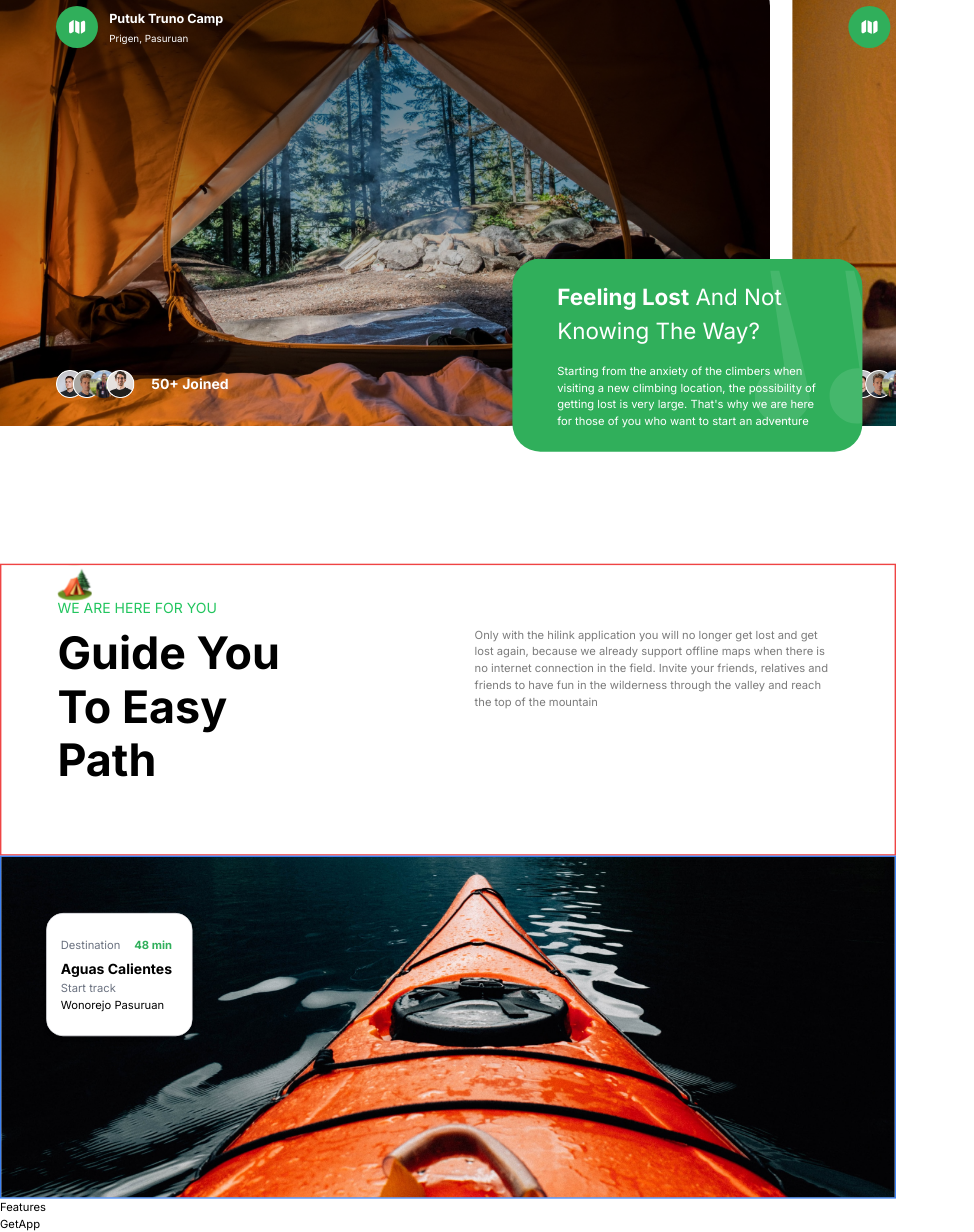
Repository: abdulrahmanmahmood/Travel-App
Page: /
These files come from the project's save history. The page is drawn as it stood at one moment and after the next save; the edit follows.
The browser window is 1280 px wide. The page is 1392 px wide, so the pictures cover 1392 px, including what lies to the right of the window. The pictures show the part of the page from y = 966 to 2726 px (the page is 2726 px tall), at 70% of full size.
The project was rebuilt for these pictures with package versions that can differ from the ones it lists, and the page was loaded fresh each time. The framework's server and built-in components were replaced by stand-ins that run in the browser. Also part of the build but not shown: next.config.js.

Above is the page before, as saved 2023-11-08 11:13:06.

After the next save:
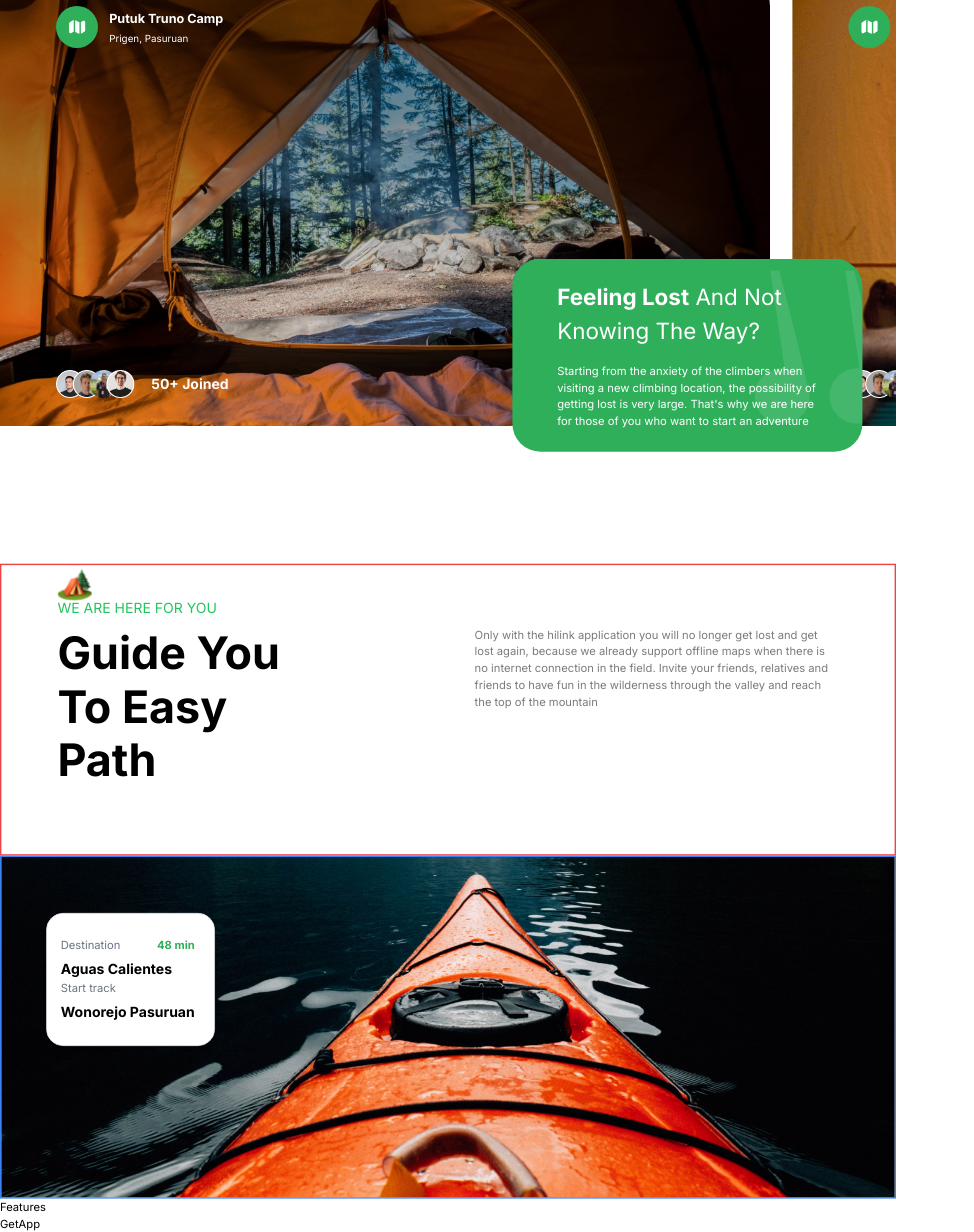
Saved 28 s later.
--- a/components/Guide.tsx
+++ b/components/Guide.tsx
@@ -40,7 +40,7 @@ function Guide() {
             </div>
             <div className="flex w-full flex-col">
               <p className="regular-16 text-gray-500">Start track</p>
-              <p>Wonorejo Pasuruan</p>
+              <p className="bold-20 mt-2 ">Wonorejo Pasuruan</p>
             </div>
           </div>
         </div>
